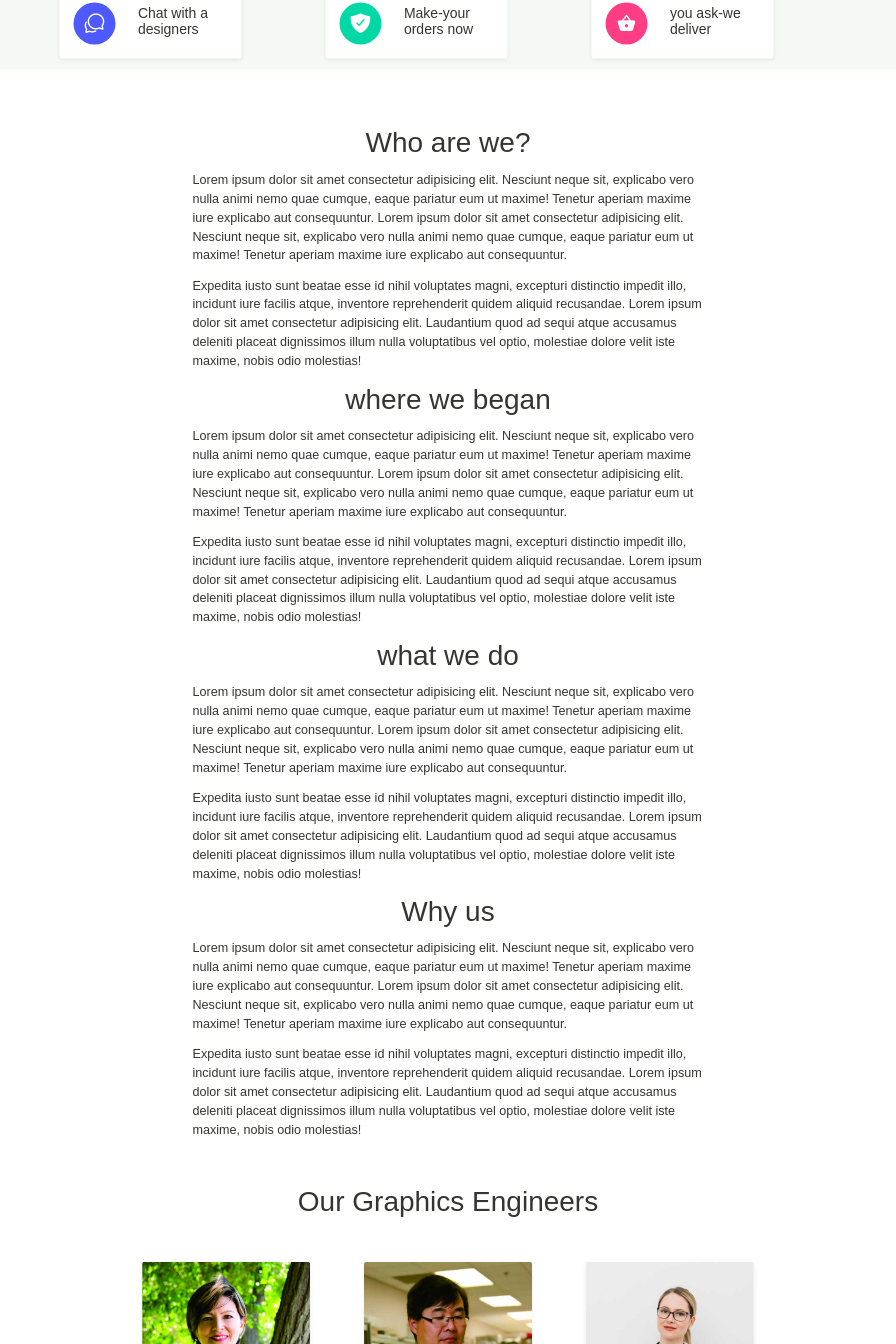
Repository: profbkmurage/myWeb
Page: html/about.html
An editor plug-in stored every save of this project. The page is shown before and after the next save, followed by the edit.
The browser window is 1280 px wide. The pictures show the part of the page from y = 391 to 2311 px (the page is 3987 px tall before and 3940 px after), at 70% of full size.

Above is the page before, as saved 2023-12-10 16:22:05.

After the next save:
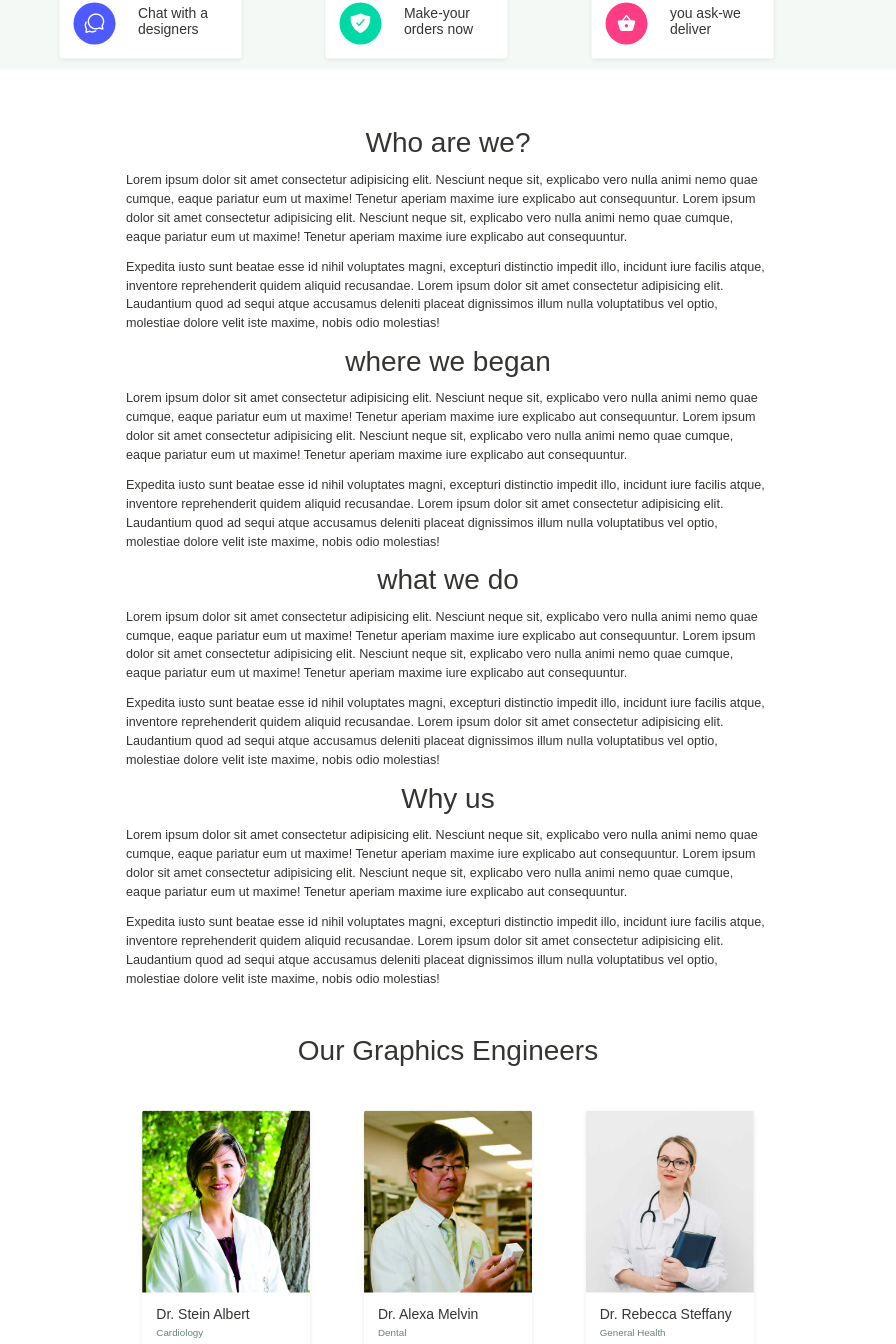
Saved 51 s later.
--- a/html/about.html
+++ b/html/about.html
@@ -137,28 +137,28 @@
   <div class="page-section">
     <div class="container">
       <div class="row justify-content-center">
-        <div class="col-lg-8 wow fadeInUp">
+        <div class="col-lg-10 wow fadeInUp">
           <h1 class="text-center mb-3">Who are we?</h1>
           <div class="text-lg">
             <p>Lorem ipsum dolor sit amet consectetur adipisicing elit. Nesciunt neque sit, explicabo vero nulla animi nemo quae cumque, eaque pariatur eum ut maxime! Tenetur aperiam maxime iure explicabo aut consequuntur. Lorem ipsum dolor sit amet consectetur adipisicing elit. Nesciunt neque sit, explicabo vero nulla animi nemo quae cumque, eaque pariatur eum ut maxime! Tenetur aperiam maxime iure explicabo aut consequuntur.</p>
             <p>Expedita iusto sunt beatae esse id nihil voluptates magni, excepturi distinctio impedit illo, incidunt iure facilis atque, inventore reprehenderit quidem aliquid recusandae. Lorem ipsum dolor sit amet consectetur adipisicing elit. Laudantium quod ad sequi atque accusamus deleniti placeat dignissimos illum nulla voluptatibus vel optio, molestiae dolore velit iste maxime, nobis odio molestias!</p>
           </div>
         </div>
-        <div class="col-lg-8 wow fadeInUp">
+        <div class="col-lg-10 wow fadeInUp">
           <h1 class="text-center mb-3">where we began</h1>
           <div class="text-lg">
             <p>Lorem ipsum dolor sit amet consectetur adipisicing elit. Nesciunt neque sit, explicabo vero nulla animi nemo quae cumque, eaque pariatur eum ut maxime! Tenetur aperiam maxime iure explicabo aut consequuntur. Lorem ipsum dolor sit amet consectetur adipisicing elit. Nesciunt neque sit, explicabo vero nulla animi nemo quae cumque, eaque pariatur eum ut maxime! Tenetur aperiam maxime iure explicabo aut consequuntur.</p>
             <p>Expedita iusto sunt beatae esse id nihil voluptates magni, excepturi distinctio impedit illo, incidunt iure facilis atque, inventore reprehenderit quidem aliquid recusandae. Lorem ipsum dolor sit amet consectetur adipisicing elit. Laudantium quod ad sequi atque accusamus deleniti placeat dignissimos illum nulla voluptatibus vel optio, molestiae dolore velit iste maxime, nobis odio molestias!</p>
           </div>
         </div>
-        <div class="col-lg-8 wow fadeInUp">
+        <div class="col-lg-10 wow fadeInUp">
           <h1 class="text-center mb-3">what we do</h1>
           <div class="text-lg">
             <p>Lorem ipsum dolor sit amet consectetur adipisicing elit. Nesciunt neque sit, explicabo vero nulla animi nemo quae cumque, eaque pariatur eum ut maxime! Tenetur aperiam maxime iure explicabo aut consequuntur. Lorem ipsum dolor sit amet consectetur adipisicing elit. Nesciunt neque sit, explicabo vero nulla animi nemo quae cumque, eaque pariatur eum ut maxime! Tenetur aperiam maxime iure explicabo aut consequuntur.</p>
             <p>Expedita iusto sunt beatae esse id nihil voluptates magni, excepturi distinctio impedit illo, incidunt iure facilis atque, inventore reprehenderit quidem aliquid recusandae. Lorem ipsum dolor sit amet consectetur adipisicing elit. Laudantium quod ad sequi atque accusamus deleniti placeat dignissimos illum nulla voluptatibus vel optio, molestiae dolore velit iste maxime, nobis odio molestias!</p>
           </div>
         </div>
-        <div class="col-lg-8 wow fadeInUp">
+        <div class="col-lg-10 wow fadeInUp">
           <h1 class="text-center mb-3">Why us</h1>
           <div class="text-lg">
             <p>Lorem ipsum dolor sit amet consectetur adipisicing elit. Nesciunt neque sit, explicabo vero nulla animi nemo quae cumque, eaque pariatur eum ut maxime! Tenetur aperiam maxime iure explicabo aut consequuntur. Lorem ipsum dolor sit amet consectetur adipisicing elit. Nesciunt neque sit, explicabo vero nulla animi nemo quae cumque, eaque pariatur eum ut maxime! Tenetur aperiam maxime iure explicabo aut consequuntur.</p>
@@ -279,7 +279,7 @@
             <img src="../assets/img/mobile_app.png" alt="">
           </div>
         </div>
-        <div class="col-lg-8 wow fadeInRight">
+        <div class="col-lg-10 wow fadeInRight">
           <h1 class="font-weight-normal mb-3">Get easy access of all features using One Health Application</h1>
           <a href="#"><img src="../assets/img/google_play.svg" alt=""></a>
           <a href="#" class="ml-2"><img src="../assets/img/app_store.svg" alt=""></a>
